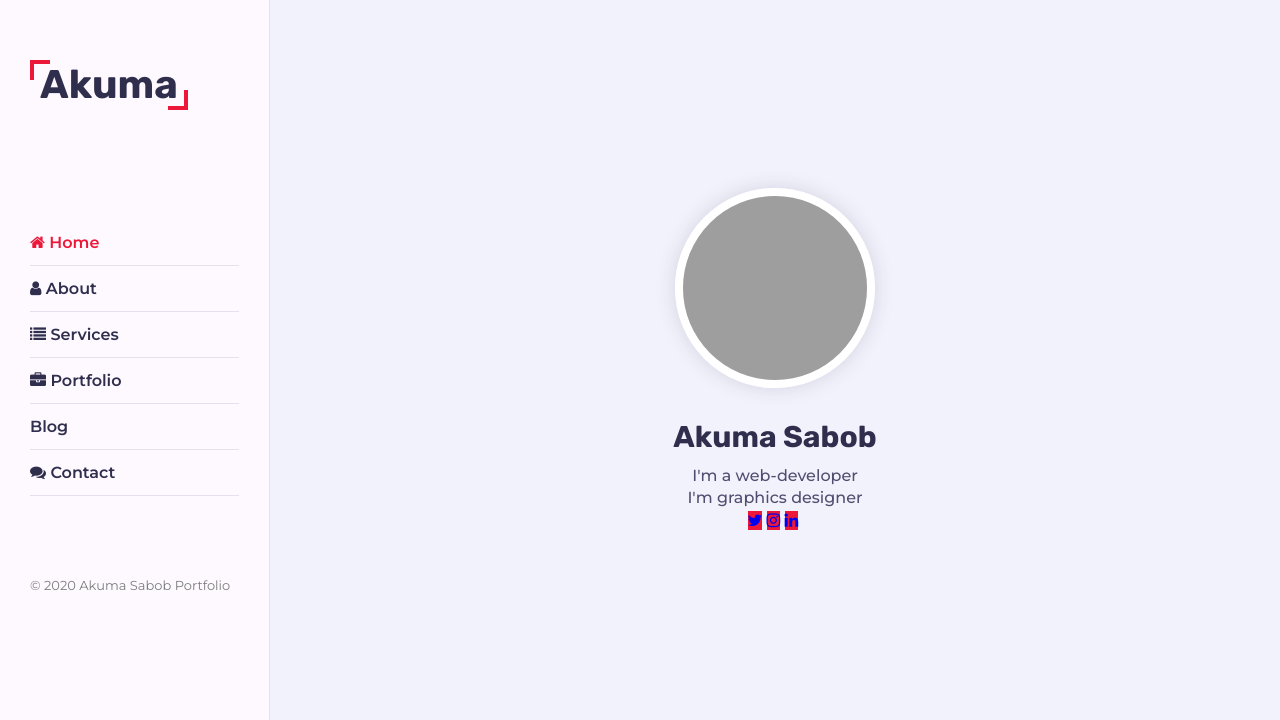
Repository: Akuma001/MY-Portfolio
Page: index.html
The author's editor kept a copy of each file at every save. The page is drawn from the files as they stood at one save, then again after the next save.
The browser window is 1280 px wide. The pictures show the whole page.
Pictures or frames that could not be fetched are drawn as grey boxes.

Above is the page before, as saved 2020-12-13 14:42:34.

### index.html
<!DOCTYPE html>
<html lang="en">
<head>
  <title>Akuma Sabob</title>
  <meta charset="utf-8">
  <meta name="viewport" content="width=device-width, initial-scale=1">
   <!-- Template css Files -->
	<link rel="stylesheet" href="./css/style.css" type="text/css">
  <link rel="stylesheet" href="./css/skins/pink.css" type="text/css">
  <!-------Favcon icon-------->
  <link href="./images/favicon.ico" rel="icon" type="image/x-icon" />
</head>
<body>
<!-----------Main------------->
<div class="main-container">
<!-----------Side------------->
  <div class="aside">
    <div class="logo">
      <a href="#">Akuma</a>
    </div>

     <!----------Nav toggler---------->
     <div class="nav-toggler">
       <span></span>
     </div>
     <!----------Nav toggler---------->

    <!----------Nav Bar---------->
    <ul class="nav">
      <li><a href="#" class="active"><i class="fa fa-home"></i> Home</a></li>
      <li><a href="#"><i class="fa fa-user"></i> About</a></li>
      <li><a href="#"><i class="fa fa-list"></i> Services</a></li>
      <li><a href="#"><i class="fa fa-briefcase"></i> Portfolio</a></li>
      <li><a href="#"><i class="fas fa-blog"></i> Blog</a></li>
      <li><a href="#"><i class="fa fa-comments"></i> Contact</a></li>
    </ul>
    <div class="copyright-text">
      &copy; 2020 Akuma Sabob Portfolio
    </div>

  </div>
<!-----------Side End------------->

<!-----------Main content------------->
  <div class="main-content">

    <section class="home section">
      <div class="container">
        <div class="intro">
          <img src="./images/KOR_6353 edited.jpg" alt="Profile" class="shadow-dark">
          <h1>Akuma Sabob</h1>
          <p>I'm a web-developer <br> I'm graphics designer</p>
          <div class="social-link">
            <a href="#"><i class="fa fa-twitter"></i></a>
            <a href="#"><i class="fa fa-instagram"></i></a>
            <a href="#"><i class="fa fa-linkedin"></i></a>
            <a href="#"><i class="fa fa-upwork"></i></a>
          </div>
        </div>
      </div>
    </section>
  </div>
<!-----------Main content End------------->

</div>
<!-----------Main------------->
</body>
</html>

### css/style.css

 /*Font Awesome Free Icon*/
 @import url("https://stackpath.bootstrapcdn.com/font-awesome/4.7.0/css/font-awesome.min.css");
 /*Google fonts*/
 @import url('https://fonts.googleapis.com/css?family=Montserrat:400,500,600,700&display=swap');
 @import url('https://fonts.googleapis.com/css?family=Rubik:500,700,900&display=swap');


body{
    margin: 0;
    line-height: 1.5;
    font-size: 16px;
    font-family: 'Montserrat', sans-serif;
    font-weight: 400;
}
*{
    margin: 0;
    padding: 0;
    outline: none;
    text-decoration: none;
    box-sizing: border-box;
}
::before, ::after{
    box-sizing: border-box;
}

.section{
    background-color: #f2f2fc;
    min-height: 100vh;
    display: block;
    padding: 0 30px;
}
.main-content{
    padding-left: 270px;
}

.container{
    max-width: 1100px;
    width: 100%;
    margin: auto;
}
.shadow-dark{
    -webkit-box-shadow: 0 0 20px rgba(48, 46, 77, 0.15);
    box-shadow: 0 0 20px rgba(48, 46, 77, 0.15);
}

 /*    aside  */
 .aside{
     width: 270px;
     background-color: #fdf9ff;
     position: fixed;
     height: 100%;
     left: 0;
     top: 0;
     z-index: 10;
     border-right: 1px solid #e8dfec;
     padding: 30px;
 }


 .aside .logo{
    padding: 30px 0;
 }
 .aside .logo a{
     font-size: 40px;
     color: #302e4d;
     font-family: 'Rubik', sans-serif;
     font-weight: 700;
     text-decoration: none;
     display: inline-block;
     position: relative;
     padding: 0 10px;
     line-height: 50px;
 }
 .aside .logo a::before{
     content: '';
     height: 20px;
     width: 20px;
     position: absolute;
     top: 0;
     left: 0;
 }
 .aside .logo a::after{
    content: '';
    height: 20px;
    width: 20px;
    position: absolute;
    bottom: 0;
    right: 0;
 }
 .aside .nav-toggler{
     height: 40px;
     width: 45px;
     border: 1px solid #d4d4e3;
     cursor: pointer;
     position: fixed;
     left: 300px;
     top: 30px;
     z-index: 11;
     border-radius: 5px;
     background-color: #fdf9ff;
     /*
     display: -ms-flexbox;
     display: flex;
     */
     display: none;
     -ms-flex-align: center;
     align-items: center;
     -ms-flex-pack: center;
     justify-content: center;
 }
 .aside .nav-toggler span{
    height: 2px;
    width: 18px;
    display: inline-block;
    position: relative;
 }
 .aside .nav-toggler span::before{
     content: '';
     height: 2px;
     width: 18px;
     position: absolute;
     top: -6px;
     left: 0;
 }
 .aside .nav-toggler span::after{
    content: '';
    height: 2px;
    width: 18px;
    position: absolute;
    top: 6px;
    left: 0;
}
 .aside .nav{
    list-style: none;
     margin: 80px 0;
     padding: 0;
 }
 .aside .nav li{
     display: block;
 }
 .aside .nav li a{
     font-size: 16px;
     font-weight: 600;
     color: #302e4d;
     text-decoration: none;
     line-height: 45px;
     display: block;
     border-bottom: 1px solid #e8dfec;
     -webkit-transition: all 0.3s ease;
     transition: all 0.3s ease;
     text-transform: capitalize;
 }
 .aside .nav li a:not(.active):hover{
     padding-left: 5px;
 }
 .aside .nav li a fa{
     margin-right: 5px;
 }
 .aside .copyright-text{
    font-size: 13px;
    color: #7d7d7d;
 }

 /*    Home      */

 .home{
     min-height: 100vh;
     display: -ms-flexbox;
     display: flex;
 }

 .home .intro{
     text-align: center;
 }

 .home .intro img{
     height: 200px;
     width: 200px;
     border-radius: 50%;
     display: inline-block;
     border: 8px solid #ffffff;
 }

 .home .intro h1{
     font-size: 30px;
     color: #302e4d;
     font-family: 'Rubik', sans-serif;
     font-weight: 700;
     margin: 20px 0 5px;
 }
 .home .intro p{
     font-size: 16px;
     font-weight: 500;
     margin: 0%;
     line-height: 22px;
     color: #504e70;
 }

### css/skins/pink.css
.aside .logo a::before{
    border-top: 4px solid #ec1839;
    border-left: 4px solid #ec1839;
}

.aside .logo a::after{
    border-right: 4px solid #ec1839;
    border-bottom: 4px solid #ec1839;
}
.aside .nav li a:hover,
.aside .nav li a.active{
    color: #ec1839;
}
.aside .nav-toggler span,
.aside .nav-toggler span::before,
.aside .nav-toggler span::after,
.home .intro .social-link a{
    background-color: #ec1839;
}

After the next save:
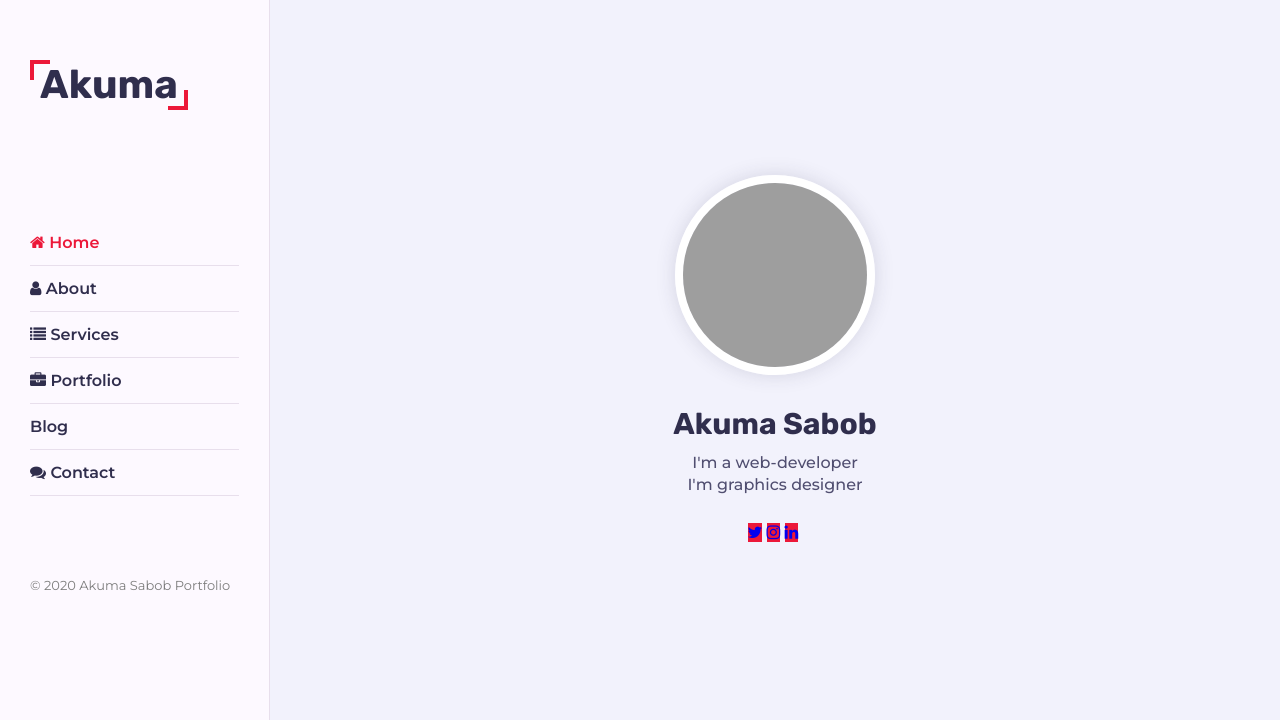
Saved 8 s later.
--- a/css/style.css
+++ b/css/style.css
@@ -196,3 +196,12 @@ body{
      line-height: 22px;
      color: #504e70;
  }
+
+ .home .intro .social-link{
+     margin-top: 25px;
+ }
+
+ .home .intro .social-link a{
+     height: 35px;
+     width: 35px;
+ }
